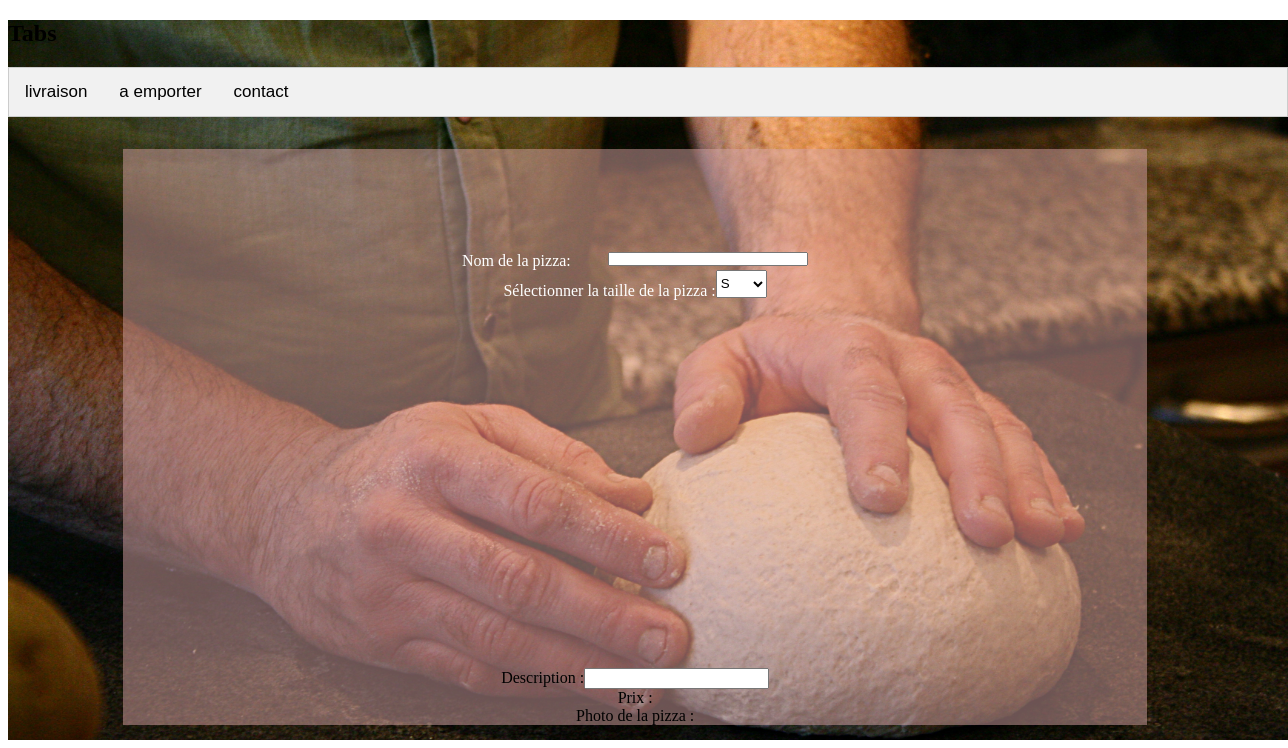
Repository: dev84-unalien/pippo_pizza
Page: admin.html
The author's editor kept a copy of each file at every save. The page is drawn from the files as they stood at one save, then again after the next save.
The browser window is 1280 px wide. The page is 1288 px wide, so the pictures cover 1288 px, including what lies to the right of the window. The pictures show the whole page.

Above is the page before, as saved 2019-09-10 12:06:30.

### admin.html
<!DOCTYPE html>
<html lang="en">

<head>
    <meta charset="UTF-8">
    <meta name="viewport" content="width=device-width, initial-scale=1.0">
    <meta http-equiv="X-UA-Compatible" content="ie=edge">
    <title>pizzaria pippo</title>
    <link rel="stylesheet" href="admin.css">
    <script src="jquery-3.4.1.min.js"></script>
    <script src="admin.js"></script>

</head>

<body>
    <div id=unos>
        <div id=commande>

            <h2>Tabs</h2>


            <div class="tab">
                <button class="tablinks" onclick="openCity(event, 'livraison')">livraison</button>
                <button class="tablinks" onclick="openCity(event, 'emporter')">a emporter</button>
                <button class="tablinks" onclick="openCity(event, 'contact')">contact</button>
            </div>

            <div id="livraison" class="tabcontent">
                <h3>livraison</h3>
            </div>

            <div id="emporter" class="tabcontent">
                <h3>emporter</h3>

            </div>

            <div id="contact" class="tabcontent">
            </div>
            </form>

         <div id="body">
            <div id="Gcadre">
                 <div id="Nom">Nom de la pizza:<input id="écriture"></input></div>
                  <div id="Taille">
                  <p>Sélectionner la taille de la pizza :</p>
                   <select >
                         <option value="S">S</option>
                         <option value="M">M</option>
                         <option value=">L">L</option>
                         <option value="XL">XL</option>
                         <option value="XXL">XXL</option>
                     </select>
                </div>
                <div id="Description">Description :<input id="écriture2"></input></div>
                <div id="Prix">Prix :</div>

                <div id="Image"> Photo de la pizza :</div>
            </div>

        </div>
    </div>
</body>

</html>

### admin.css
#unos {
  height: 100vh;
  width: 100vw;
  background-image: url("images/ajoutpizza.jpg");
  justify-content: cover;
  background-size: 100vw;
}
#body{
    width: 100vw;
    height: 80vh;
    display: flex;
  flex-direction: column;
  justify-content: center;
  align-content: center;
}
#Gcadre {
  display: flex;
  flex-direction: column;
  justify-content: space-around;
  align-items: center;
  width: 80vw;
  height: 80vh;
  background-color: rgba(216, 166, 166, 0.5);
  margin-left: 9vw;
  margin-top:9vh;
}

#Nom {
  display: flex;
  justify-content: space-around;
  color: white;
  margin-top: 8vw;
  width: 30vw;
  height:2vh;
}
#écriture{
  width:15vw;
}

#Taille {
  display: flex;
  justify-content: center;
  align-content: center;
  width: 80vw;
  height: 80vh;
}
select {
  width: 4vw;
  height: 4vh;
  margin-top: 0.5vh;
}
#ecriture2{
  width:25vw;
  height:20vh;
}
#description{
  display: flex;
  justify-content: space-around;
  align-items: center;
}
p {
  color: white;
}

#formulaire {
  height: 50%;
  width: 50%;
  background-color: aliceblue;
}

#livraison {
  background-color: aquamarine;
}

#emporter {
  background-color: beige;
}
#contact {
  background-color: powderblue;
}

.tab {
  overflow: hidden;
  border: 1px solid #ccc;
  background-color: #f1f1f1;
}

/* Style the buttons inside the tab */

.tab button {
  background-color: inherit;
  float: left;
  border: none;
  outline: none;
  cursor: pointer;
  padding: 14px 16px;
  transition: 0.3s;
  font-size: 17px;
}

/* Change background color of buttons on hover */

.tab button:hover {
  background-color: red;
}

/* Create an active/current tablink class */

.tab button.active {
  background-color: red;
}

/* Style the tab content */

.tabcontent {
  display: none;
  padding: 6px 12px;
  border: 1px solid red;
  border-top: none;
}

Loaded but not shown: jquery-3.4.1.min.js (library); admin.js (no copy from this time; the picture is the same without it)

After the next save:
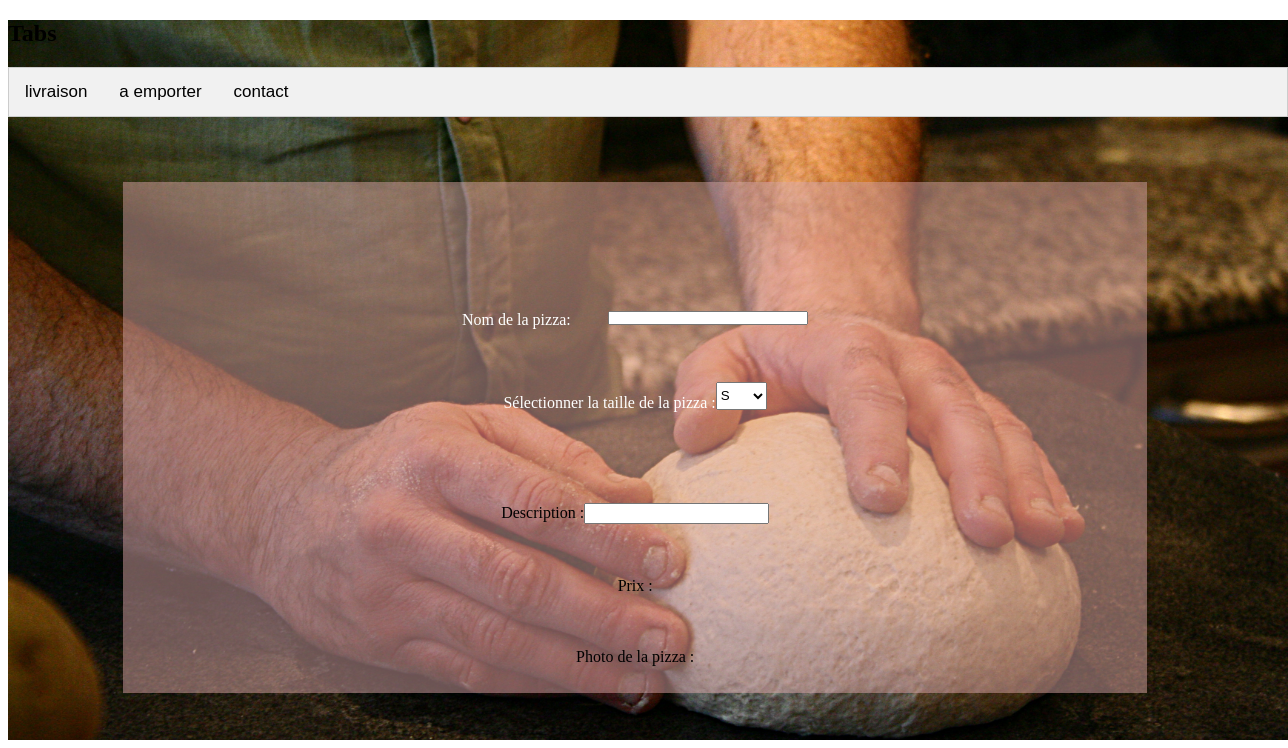
Saved 13 min 16 s later.
--- a/admin.css
+++ b/admin.css
@@ -42,7 +42,7 @@
   justify-content: center;
   align-content: center;
   width: 80vw;
-  height: 80vh;
+  height: 10vh;
 }
 select {
   width: 4vw;
@@ -56,7 +56,6 @@ select {
 #description{
   display: flex;
   justify-content: space-around;
-  align-items: center;
 }
 p {
   color: white;
